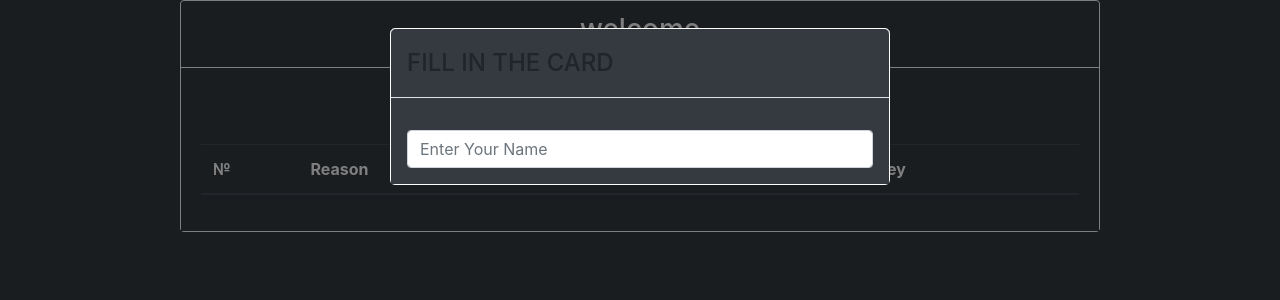
Repository: surefaceJS/allMyWorkInaliLinux
Page: hardcha/index.html
The author's editor kept a copy of each file at every save. The page is drawn from the files as they stood at one save, then again after the next save.
The browser window is 1280 px wide. The pictures show the whole page.

Above is the page before, as saved 2021-04-19 12:30:46.

### hardcha/index.html
<!DOCTYPE html>
<html lang="en">

<head>
    <meta charset="UTF-8">
    <meta http-equiv="X-UA-Compatible" content="IE=edge">
    <meta name="viewport" content="width=device-width, initial-scale=1.0">
    <title>ReadyWebPage</title>
    <link rel="stylesheet" href="css/bootstrap.css">
    <link rel="stylesheet" href="fontawesome-free-5.15.2-web/css/all.min.css">
    <link rel="stylesheet" href="css/main.css">
</head>

<body class="bg-dark">


    <div class="container">



        <!-- The Modal -->
        <div class="modal" id="myModal">
            <div class="modal-dialog">
                <div class="modal-content border-white">

                    <!-- Modal Header -->
                    <div class="modal-header bg-dark ">
                        <h4 class="modal-title text-whitetext-center text-uppercase">Fill in the card</h4>

                    </div>

                    <!-- Modal body -->
                    <div class="modal-body bg-dark">
                        <input type="text" class="form-control mt-3" id="userName" placeholder="Enter Your Name">
                    </div>

                </div>
            </div>
        </div>

        <div class="row">
            <div class="col-10 m-auto">
                <div class="card border-white">

                    <div class="card-header border-white bg-dark text-white text-center">
                        <h3>welcome <span id="pushName"></span> </h3>
                    </div>
                    <div class="card-body bg bg-dark">
                        <h1 class="text-danger text-center text-uppercase font-intel-bold" id="pushMonay"><span class="text-white">$</span></h1>

                        <table class="table table-dark table-hover table-striped">
                            <thead>
                                <tr>
                                    <th>№</th>
                                    <th>Reason</th>
                                    <th>Spend Money</th>
                                    <th>Type Money</th>
                                </tr>
                            </thead>
                            <tbody id="result"></tbody>
                        </table>
                    </div>

                </div>
            </div>
        </div>
    </div>

    <script src="js/jquery-3.3.1.slim.min.js"></script>
    <script src="js/popper.min.js"></script>
    <script src="js/bootstrap.js"></script>
    <script src="js/app.js"></script>
</body>

### hardcha/css/main.css
/*********************  FONTS STYLE *************************/
@font-face {
  font-family: "Inter-Bold";
  src: url("../asssets/fonts/Inter/Inter-Bold.ttf") format("truetype"); }
@font-face {
  font-family: "Inter-Regular";
  src: url("../asssets/fonts/Inter/Inter-Regular.ttf") format("truetype"); }
@font-face {
  font-family: "Inter-Light";
  src: url("../asssets/fonts/Inter/Inter-Light.ttf") format("truetype"); }
@font-face {
  font-family: "Inter-SemiBold";
  src: url("../asssets/fonts/Inter/Inter-SemiBold.ttf") format("truetype"); }
.font-intel-bold {
  font-family: "Inter-Bold", sans-serif; }

.font-intel-regular {
  font-family: "Inter-Regular", sans-serif; }

.font-intel-light {
  font-family: "Inter-Light", sans-serif; }

.font-inter-semi-bold {
  font-family: "Inter-SemiBold", sans-serif; }

/*# sourceMappingURL=main.css.map */

### hardcha/js/app.js
$(document).ready(function() {
    $('#myModal').modal('show');
});

Loaded but not shown: hardcha/css/bootstrap.css (library); hardcha/fontawesome-free-5.15.2-web/css/all.min.css (library); hardcha/js/jquery-3.3.1.slim.min.js (library); hardcha/js/popper.min.js (library); hardcha/js/bootstrap.js (library)

After the next save:
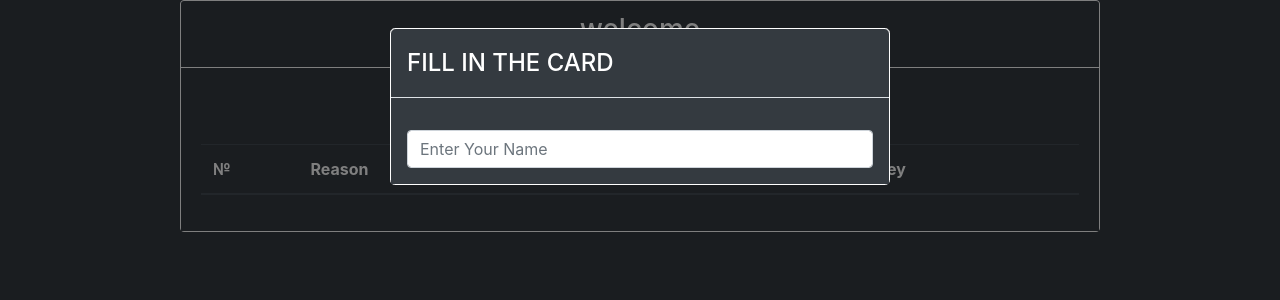
Saved 15 s later.
--- a/hardcha/index.html
+++ b/hardcha/index.html
@@ -25,7 +25,7 @@
 
                     <!-- Modal Header -->
                     <div class="modal-header bg-dark ">
-                        <h4 class="modal-title text-whitetext-center text-uppercase">Fill in the card</h4>
+                        <h4 class="modal-title text-white text-center text-uppercase">Fill in the card</h4>
 
                     </div>
 
